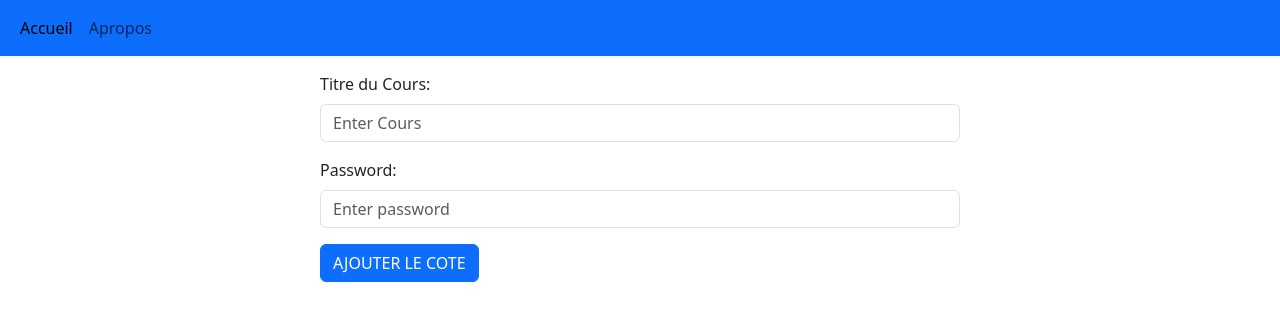
Repository: SKB-TECH/MinProject
Page: IHM/index.html
These files come from the project's save history. The page is drawn as it stood at one moment and after a run of saves; the edit follows.
The browser window is 1280 px wide. The pictures show the whole page.
Some web libraries are served in a nearby version.

Above is the page before, as saved 2022-09-29 15:06:04.

After the next 4 saves:
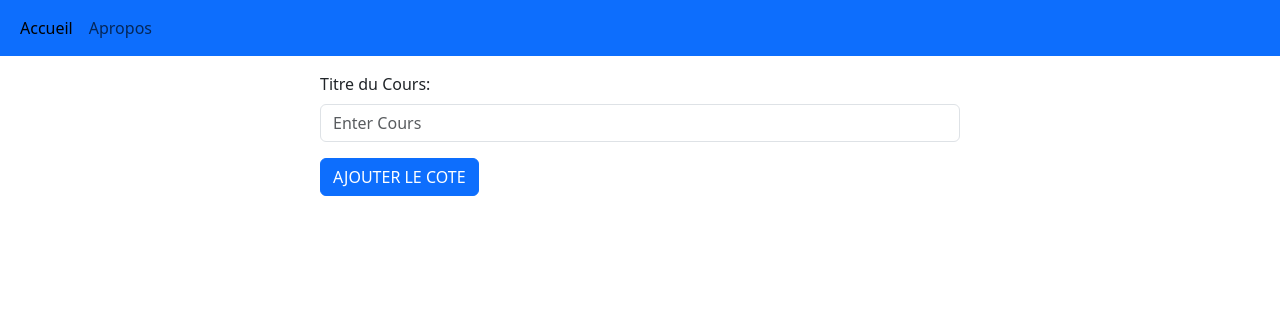
The 4 saves are shown as one change because they came seconds apart.
The last was saved 103 s later.
--- a/IHM/index.html
+++ b/IHM/index.html
@@ -31,8 +31,7 @@
                       <input type="email" class="form-control" id="email" placeholder="Enter Cours" name="email">
                     </div>
                     <div class="mb-3">
-                      <label for="pwd" class="form-label">Password:</label>
-                      <input type="password" class="form-control" id="pwd" placeholder="Enter password" name="pswd">
+
                     </div>
                     <button type="submit" class="btn btn-primary width:100%">AJOUTER LE COTE</button>
                   </form>
